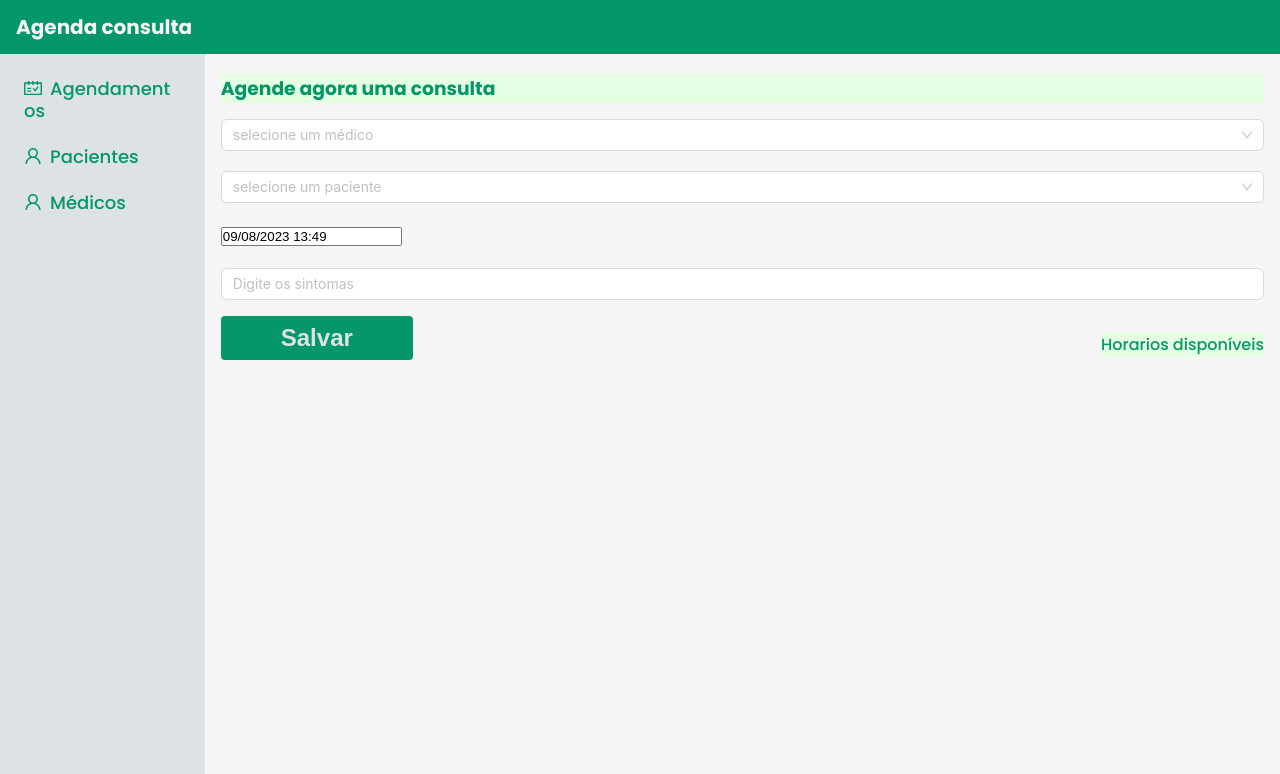
Repository: BarbaraCD/agendaconsulta
Page: /appointments
An editor plug-in stored every save of this project. The page is shown before and after the next save, followed by the edit.
The browser window is 1280 px wide. The pictures show the whole page.
The page's requests for data from a server got no answer. The project was rebuilt for these pictures with package versions that can differ from the ones it lists, and the page was loaded fresh each time. No one was signed in, and anything a server would have sent is missing. Also part of the build but not shown: vite.config.ts, src/styles/StyleList.ts, src/components/Doctors.tsx, src/styles/InputContainer.ts, src/components/InputDoctors.tsx, src/styles/CreateContainer.ts, src/components/CreateDoctor.tsx, src/components/Patients.tsx and 3 more.

Above is the page before, as saved 2023-08-09 14:48:13.

### index.html
<!DOCTYPE html>
<html lang="en">
  <head>
    <meta charset="UTF-8" />
    <link rel="icon" type="image/svg+xml" href="/vite.svg" />
    <meta name="viewport" content="width=device-width, initial-scale=1.0" />

    <link rel="preconnect" href="https://fonts.googleapis.com">
    <link rel="preconnect" href="https://fonts.gstatic.com" crossorigin>
    <link href="https://fonts.googleapis.com/css2?family=Poppins:wght@400;500;700&display=swap" rel="stylesheet">

    <title>Agendamento de Consulta</title>
  </head>
  <body>
    <div id="root"></div>
    <script type="module" src="/src/main.tsx"></script>
  </body>
</html>

### src/main.tsx
import React from 'react'
import ReactDOM from 'react-dom/client'
import { ThemeProvider } from 'styled-components'
import GlobalStyle, { Container, Content } from './styles/global'
import { theme } from './styles/Theme.ts'
import App from './App.tsx'
import { Routes } from './routes/index.tsx'
import { Header } from './components/Header.tsx'
import { Provider } from 'react-redux'
import store from './store/index.ts'

ReactDOM.createRoot(document.getElementById('root')!).render(
  <React.StrictMode>
    <Provider store={store}>
      <ThemeProvider theme={theme}>
        <GlobalStyle />
        <Header />
        <Container>
            <App />
          <Content>
            <Routes />
          </Content>
        </Container>
      </ThemeProvider>
    </Provider>
  </React.StrictMode>
)

### src/styles/global.ts
import styled, { createGlobalStyle } from 'styled-components'

export default createGlobalStyle`
  *{
    margin: 0;
    padding: 0;
    box-sizing: border-box;

  }
  body{
    height: 100%;
    font-family: 'Poppins', sans-serif;
    background: ${(props) => props.theme.colors.white};
    font-size: ${(props) => props.theme.size.xl};
  }
`

export const Container = styled.div`
  display: flex;
`

export const SidebarGlobal = styled.div`
  width: 16%;
`

export const Content = styled.div`
  flex: 1;
  margin: 0 16px;
`;

### src/styles/Theme.ts

export const theme = {
  colors: {
    primary: '#059669',
    head: '#059669B3',
    900: '#6A8D73',
    800: '#AFC5A6',
    700: '#F4FDD9',
    100: '#E4FFE1',

    sbcolor: '#DCE2E6',
    gray: '#41414D',
    black: '#000',
    white: '#f5f5f5',
  },

  size: {
    sm: '14px',
    md: '16px',
    lg: '18px',
    xl: '20px',
    xxl: '24px'
  }
}

### src/App.tsx
import './styles/global'
import { Sidebar } from './components/Sidebar'
import { SidebarGlobal } from './styles/global'

export default function App() {

  return (
    <SidebarGlobal>
      <Sidebar />
    </SidebarGlobal>
  )
}

### src/routes/index.tsx
import { BrowserRouter } from "react-router-dom";

import { AppRoutes } from './app.routes'

export function Routes(){
  return(
    <BrowserRouter>
      <AppRoutes />
    </BrowserRouter>
  )
}

### src/components/Header.tsx
import { styled } from "styled-components"

const Container = styled.div`
  background-color: ${(props) => props.theme.colors.primary};
  padding: 12px 16px;
  flex: 1;
  min-width: 80px;
  color: ${(props) => props.theme.colors.white};
  font-weight: 700;
  a{
    text-decoration: none;
    color: ${(props) => props.theme.colors.white};
    word-break: normal;
  }
`

export function Header(){
  return (
    <Container>
      <a href="/">Agenda consulta</a>
    </Container>
  )
}

### src/store/index.ts
import { configureStore, ThunkAction, Action  } from "@reduxjs/toolkit";
import appointmentReducer  from '../features/appointments/appointmentsSlice'

const store = configureStore({
  reducer: {
    appointment: appointmentReducer,
  }
})

export type RootState = ReturnType<typeof store.getState>
export type AppThunk<ReturnType = void> = ThunkAction<
  ReturnType,
  RootState,
  unknown,
  Action<string>
>;

export default store

### src/components/Sidebar.tsx
import { ScheduleOutlined, UserOutlined } from '@ant-design/icons'
import { StyledSidebar, StyledList } from '../styles/SidebarStyled'

export function Sidebar(){
  return (
    <StyledSidebar>
        <StyledList>
          <li>
            <ScheduleOutlined style={{color:'#059669'}} />
            <a href="/appointments">Agendamentos</a>
          </li>
          <li>
            <UserOutlined style={{color:'#059669'}} />
            <a href="/patients">Pacientes</a>
          </li>
          <li>
            <UserOutlined style={{color:'#059669'}} />
            <a href="/doctors">Médicos</a>
          </li>
        </StyledList>
    </StyledSidebar>
  )
}

### src/routes/app.routes.tsx
import { Routes, Route } from 'react-router-dom'

import { CreateDoctor } from '../components/CreateDoctor'
import { CreatePatient } from '../components/CreatePatient'
import { App } from 'antd'
import { AppointmentsCalendar } from '../components/Calendar'
import { CreateAppointments } from '../components/Appointments'

export function AppRoutes(){
  return(
    <Routes>
      <Route path='/' element={<App />} />
      <Route path='/patients' element={<CreatePatient />} />
      <Route path='/doctors' element={<CreateDoctor />} />
      <Route path='/appointments' element={<CreateAppointments />} />
      <Route path='/appointments/calendar' element={<AppointmentsCalendar />} />

    </Routes>
  )
}

### src/features/appointments/appointmentsSlice.ts
import { createSlice, PayloadAction, CaseReducer } from '@reduxjs/toolkit';
import { AppointmentsProps } from '../../components/Appointments';

interface AppointmentState {
  appointments: AppointmentsProps[];
}

const initialState: AppointmentState = {
  appointments: [],
};

const appointmentSlice = createSlice({
  name: 'appointment',
  initialState,
  reducers: {
    addAppointment: (state, action: PayloadAction<AppointmentsProps>) => {
      state.appointments.push(action.payload);
    },
  },
});

export const { addAppointment } = appointmentSlice.actions;

export type AppointmentAction = ReturnType<CaseReducer<typeof appointmentSlice.reducer>>;

export default appointmentSlice.reducer;

### src/styles/SidebarStyled.ts
import styled from 'styled-components'

export const StyledSidebar = styled.div`
  flex-direction: column;
  height: 100vh;
  background-color: ${(props) => props.theme.colors.sbcolor};
  color: ${(props) => props.theme.colors.black};
  font-size: ${(props) => props.theme.size.lg};
  font-weight: 500;
  justify-content: start;
  text-align: start;
  overflow: auto;
`

export const StyledList = styled.ul`
    flex-direction: column;
    display: flex;
    padding: 12px;
    list-style: none;

  li{
    cursor: pointer;
    padding: 12px;
    line-height: 22px;
  }

  a{
    text-decoration: none;
    color: ${(props) => props.theme.colors.primary};
    margin: 8px;
    word-break: break-all;
  }
`

### src/components/Appointments.tsx
import React, { useEffect, useState } from 'react'

import 'react-datepicker/dist/react-datepicker.css'
import DatePicker from 'react-datepicker'

import { useDispatch } from 'react-redux';
import { addAppointment } from '../features/appointments/appointmentsSlice';

import { getDoctors } from '../services/doctor.services'
import { getPatient } from '../services/patient.services'
import { createAppointment } from '../services/appointment.services'

import { APBody, ApFooter, StyledA, StyledAppointments } from "../styles/Appointments"
import "antd"
import { Input, Select } from 'antd'

import { DoctorsProps } from './Doctors'
import { PatientsProps } from './Patients'
import { SubmitButton } from './SubmitButton'


export type AppointmentsProps = {
  doctorID: number
  patientID: number
  date: string
  symptoms: string
  id: number
}

export const CreateAppointments: React.FC = () => {
  const [doctors, setDoctors] = useState<DoctorsProps[]>([])
  const [selectedDoctor, setSelectedDoctor] = useState<number>(-1);
  const [patients, setPatients] = useState<PatientsProps[]>([])
  const [selectedPatient, setSelectedPatient] = useState<number>(-1);
  const [selectedDate, setSelectedDate] = useState<Date>(new Date());
  const [symptoms, setSymptoms] = useState<string>('')

  const dispatch = useDispatch();

  useEffect(() => {
    fetchInfos().catch((error) => {
      console.error('Error fetching Patients:', error);
    });
  }, []);

  async function fetchInfos() {
    try {
      const responseDoc: DoctorsProps[] = await getDoctors();
      const responsePat: PatientsProps[] = await getPatient();
      setDoctors(responseDoc);
      setPatients(responsePat);
    } catch (error) {
      console.error('Error fetching Infos:', error);
    }
  }

  const handleDoctorSelect = (value: string) => {
    const selectedDoc = doctors.find((doc) => doc.name === value);
    setSelectedDoctor(selectedDoc ? selectedDoc.id : -1);
  };

  const handlePatientSelect = (value: string) => {
    const selectedPat = patients.find((pat) => pat.name === value);
    setSelectedPatient(selectedPat ? selectedPat.id : -1);
  };

  const handleDateChange = (date: Date | null) => {
    if (date) {
      setSelectedDate(date);
    } else {
      setSelectedDate(new Date());
    }
  };

  function isWeekday(date: Date) {
    const day = date.getDay();
    return day !== 0 && day !== 6; // Retorna verdadeiro para os dias de semana (segunda a sexta-feira)
  }

  const handleSymptomsChange = (event: React.ChangeEvent<HTMLInputElement>) => {
    setSymptoms(event.target.value);
  };

  const handleScheduleAppointment = () => {
    if (selectedDoctor === -1 || selectedPatient === -1 || !selectedDate) {
      alert('Por favor, selecione o médico, paciente, data e hora.');
      return;
    }
    try {
      const newAppointment: AppointmentsProps = {
        doctorID: selectedDoctor,
        patientID: selectedPatient,
        date: selectedDate.toISOString(),
        symptoms: symptoms,
        id: 0
      };

      createAppointment(newAppointment)
        .then(() => {
          dispatch(addAppointment(newAppointment));
          console.log('Consulta agendada com sucesso!');
        })
        .catch((error) => {
          console.error('Erro ao agendar consulta:', error);
        });
    } catch (error) {
      console.error('Erro ao agendar consulta:', error);
    }
  };

  return (
    <StyledAppointments>
      <h3>Agende agora uma consulta</h3>
      <APBody>
        <Select placeholder='selecione um médico' onChange={handleDoctorSelect}>
          {doctors.map((doc) => (
            <Select.Option key={doc.id} value={doc.name}>{doc.name}</Select.Option>
          ))}
        </Select>
        <Select placeholder='selecione um paciente' onChange={handlePatientSelect}>
          {patients.map((pat) => (
            <Select.Option key={pat.id} value={pat.name}>{pat.name}</Select.Option>
          ))}
        </Select>
        <DatePicker
          showTimeSelect
          minTime={new Date(0, 0, 0, 8, 0)}
          maxTime={new Date(0, 0, 0, 18, 0)}
          minDate={new Date()}
          selected={selectedDate}
          onChange={handleDateChange}
          dateFormat="dd/MM/yyyy HH:mm"
          filterDate={isWeekday}
        />
        <Input
          placeholder='Digite os sintomas'
          value={symptoms}
          onChange={handleSymptomsChange}
        />
      </APBody>

      <ApFooter>
        <SubmitButton onClick={handleScheduleAppointment} />
        <StyledA href="/appointments/calendar">Horarios disponíveis</StyledA>
      </ApFooter>

    </StyledAppointments>
  )
}

### src/services/doctor.services.ts
import axios from 'axios';
import { DoctorsProps } from '../components/Doctors'
import { api } from './ApiConfig'

export async function getDoctors(): Promise<DoctorsProps[]> {
  try {
    const response = await axios.get('http://localhost:3333/doctor');
    // eslint-disable-next-line @typescript-eslint/no-unsafe-return
    return response.data;
  } catch (error) {
    throw new Error('Erro ao obter dados dos pacientes:');
  }
}

export async function getDoctorById(id: number): Promise<DoctorsProps> {
  try {
    const response = await axios.get(`http://localhost:3333/doctor/${id}`);
    // eslint-disable-next-line @typescript-eslint/no-unsafe-return
    return response.data;
  } catch (error) {
    throw new Error('Erro ao obter dados dos Medicos:');
  }
}


export async function createDoctor(name: string, crm: number, specialization: string){
  return api.post('/doctor', {
    name,
    crm,
    specialization
  })
}

export async function updateDoctor(id: number, data: DoctorsProps){
  try {
    const response = await axios.put(`http://localhost:3333/doctor/${id}`, data);
    // eslint-disable-next-line @typescript-eslint/no-unsafe-return
    return response.data;
  } catch (error) {
    throw new Error('Erro ao obter dados dos pacientes:');
  }
}

export async function deleteDoctor(id: number) {
  return await api.delete(`/doctor/${id}`)
}

### src/components/SubmitButton.tsx
import { styled } from "styled-components"

interface SubmitButtonProps {
  onClick: () => void
}

const StyledButton = styled.button`
  padding: 8px;
  width: 15vw;
  /* margin-left: 964px; */
  border-radius: 4px;
  color: ${(props) => props.theme.colors.sbcolor};
  border: none;
  background-color: ${(props) => props.theme.colors.primary};
  cursor: pointer;
  word-wrap: break-word;
  overflow: hidden;

  &:hover{
    color: ${(props) => props.theme.colors[100]};
  }

  p{
    font-size: ${(props) => props.theme.size.xxl};
    font-weight: 700;
  }
`

export function SubmitButton({ onClick }: SubmitButtonProps) {
  return (
    <StyledButton onClick={onClick}>
      <p>
        Salvar
      </p>
    </StyledButton>
  )
}

### src/services/patient.services.ts
import axios from 'axios';
import { PatientsProps } from '../components/Patients'
import { api } from './ApiConfig'

export async function getPatient(): Promise<PatientsProps[]> {
  try {
    const response = await axios.get('http://localhost:3333/patient');
    // eslint-disable-next-line @typescript-eslint/no-unsafe-return
    return response.data;
  } catch (error) {
    throw new Error('Erro ao obter dados dos pacientes:');
  }
}

export async function getPatientById(id: number): Promise<PatientsProps> {
  try {
    const response = await axios.get(`http://localhost:3333/patient/${id}`);
    // eslint-disable-next-line @typescript-eslint/no-unsafe-return
    return response.data;
  } catch (error) {
    throw new Error('Erro ao obter dados dos pacientes:');
  }
}

export async function createPatient(name: string, age: number, telephone: number, email: string){
  return api.post('/patient', {
    name,
    age,
    telephone,
    email,
  })
}

export async function updatePatient(id: number, data: PatientsProps){
  try {
    const response = await axios.put(`http://localhost:3333/patient/${id}`, data);
    // eslint-disable-next-line @typescript-eslint/no-unsafe-return
    return response.data;
  } catch (error) {
    throw new Error('Erro ao obter dados dos pacientes:');
  }
}

export async function deletePatient(id: number) {
  return await api.delete(`/patient/${id}`)
}

### src/services/appointment.services.ts
import axios from 'axios';
import { AppointmentsProps } from '../components/Appointments'
import { api } from './ApiConfig'

export async function getAppointment(): Promise<AppointmentsProps[]> {
  try {
    const response = await axios.get('http://localhost:3333/appointment');
    // eslint-disable-next-line @typescript-eslint/no-unsafe-return
    return response.data;
  } catch (error) {
    throw new Error('Erro ao obter dados dos agendamentos:');
  }
}

export async function createAppointment(newAppointment: AppointmentsProps){
  return api.post('/appointment', newAppointment)
}

export async function deleteAppointment(id: number) {
  return await api.delete(`/appointment/${id}`)
}

### src/styles/Appointments.ts

import { styled } from "styled-components"

export const StyledAppointments = styled.div`

  color: ${(props) => props.theme.colors.black};
  font-size: ${(props) => props.theme.size.md};
  padding: 20px 0;
  overflow: hidden;
  word-break: break-all;

  h3{
    background-color: ${(props) => props.theme.colors[100]};
    color: ${(props) => props.theme.colors.primary};
    margin-bottom: 10px;
    word-break: break-all;
  }
`

export const APBody = styled.div`
  margin: 16px 0;
  display: flex;
  flex-direction: column;
  gap: 20px;
  word-break: break-all;
`
export const ApFooter = styled.div`
  display: flex;
  align-items: center;
  justify-content: space-between;
  word-break: break-all
`

export const StyledA = styled.a`
  text-decoration: none;
  color: ${(props) => props.theme.colors.primary};
  background-color: ${(props) => props.theme.colors[100]};
  font-weight: 500;
  border-radius: 4px;
  margin-top: 12px;
  word-break: break-all;
`

export const CalendarStyled = styled.div`
  display: block;
`

### src/services/ApiConfig.ts
import axios from "axios";

export const api = axios.create({
  baseURL: 'http://localhost:3333',
})

After the next save:
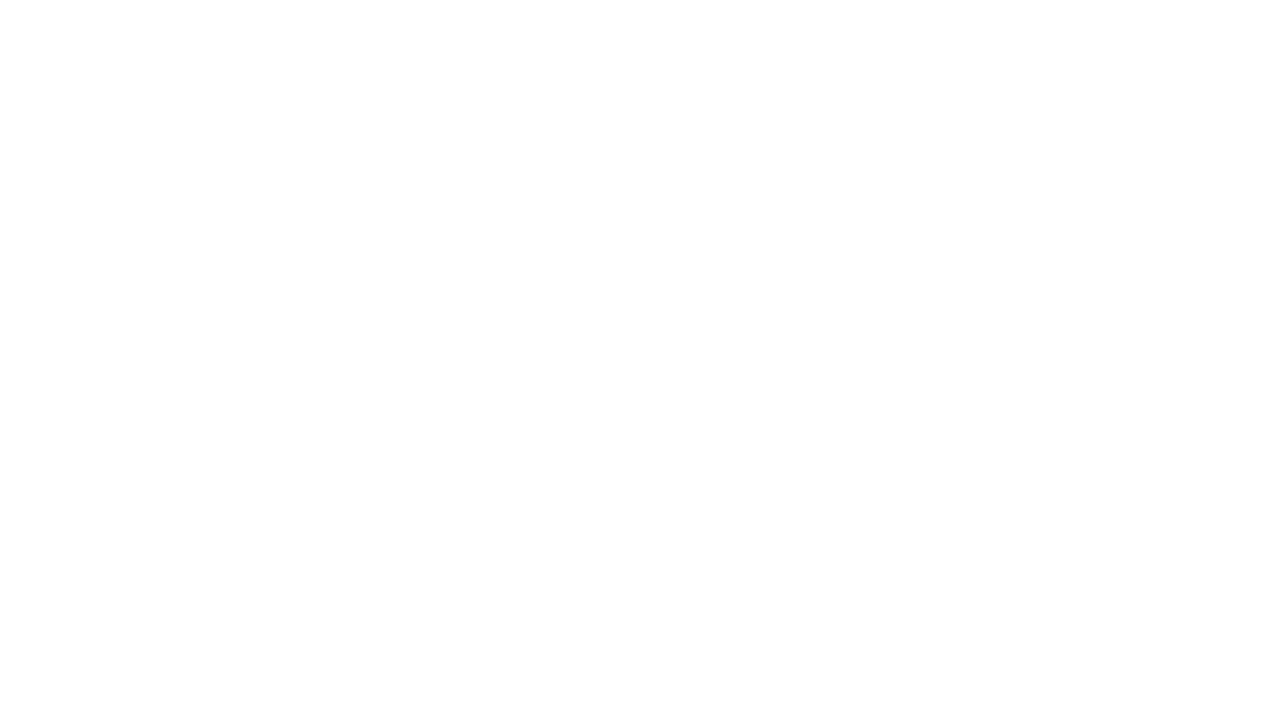
Console error: TypeError: Cannot destructure property 'basename' of 'React229.useContext(...)' as it is null.
Saved 107 s later.
--- a/src/components/Sidebar.tsx
+++ b/src/components/Sidebar.tsx
@@ -1,5 +1,6 @@
 import { ScheduleOutlined, UserOutlined } from '@ant-design/icons'
 import { StyledSidebar, StyledList } from '../styles/SidebarStyled'
+import { Link } from 'react-router-dom'
 
 export function Sidebar(){
   return (
@@ -7,15 +8,15 @@ export function Sidebar(){
         <StyledList>
           <li>
             <ScheduleOutlined style={{color:'#059669'}} />
-            <a href="/appointments">Agendamentos</a>
+            <Link to="/appointments">Agendamentos</Link>
           </li>
           <li>
             <UserOutlined style={{color:'#059669'}} />
-            <a href="/patients">Pacientes</a>
+            <Link to="/patients">Pacientes</Link>
           </li>
           <li>
             <UserOutlined style={{color:'#059669'}} />
-            <a href="/doctors">Médicos</a>
+            <Link to="/doctors">Médicos</Link>
           </li>
         </StyledList>
     </StyledSidebar>

After the 2 saves that followed:
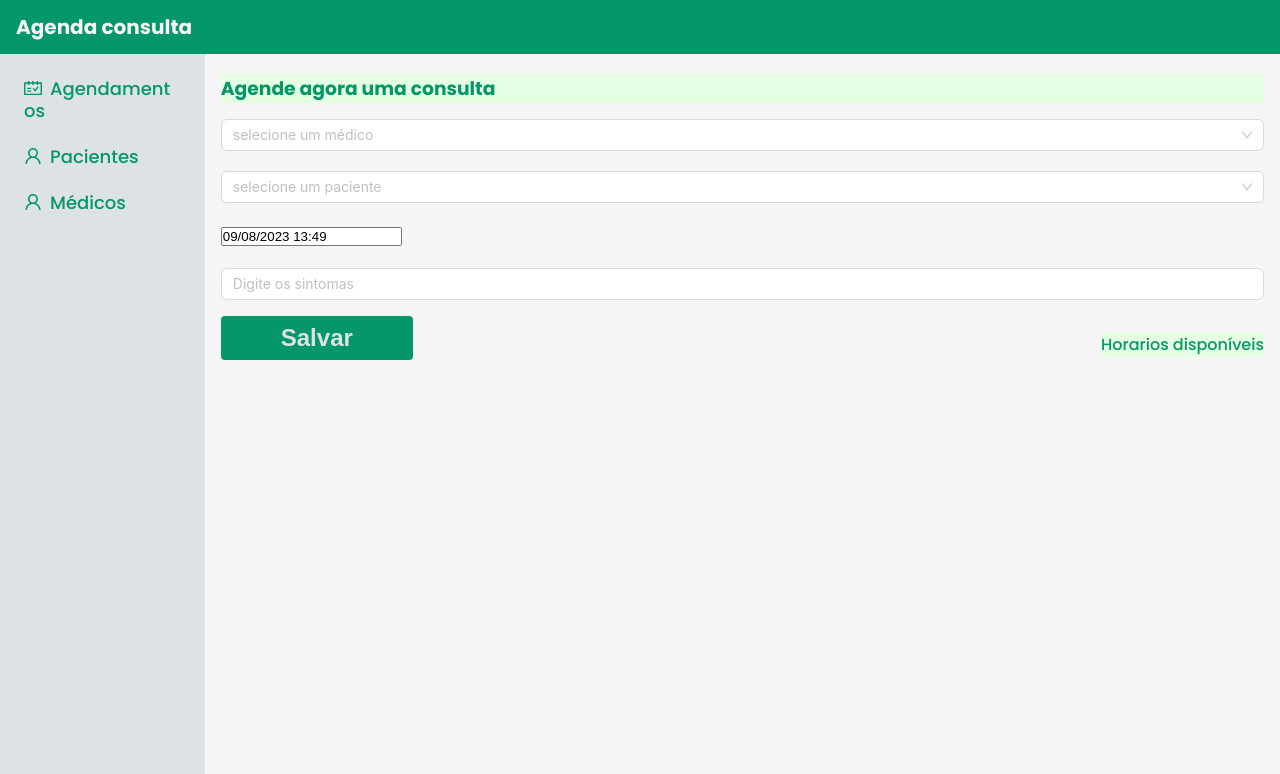
The error is gone.
The 2 saves are shown as one change because 1 left the picture as it was.
The last was saved 2 min 8 s later.
--- a/src/main.tsx
+++ b/src/main.tsx
@@ -8,19 +8,22 @@ import { Routes } from './routes/index.tsx'
 import { Header } from './components/Header.tsx'
 import { Provider } from 'react-redux'
 import store from './store/index.ts'
+import { BrowserRouter } from 'react-router-dom'
 
 ReactDOM.createRoot(document.getElementById('root')!).render(
   <React.StrictMode>
     <Provider store={store}>
       <ThemeProvider theme={theme}>
         <GlobalStyle />
-        <Header />
-        <Container>
-            <App />
-          <Content>
-            <Routes />
-          </Content>
-        </Container>
+        <BrowserRouter>
+          <Header />
+          <Container>
+              <App />
+            <Content>
+              <Routes />
+            </Content>
+          </Container>
+        </BrowserRouter>
       </ThemeProvider>
     </Provider>
   </React.StrictMode>
--- a/src/routes/index.tsx
+++ b/src/routes/index.tsx
@@ -1,11 +1,9 @@
-import { BrowserRouter } from "react-router-dom";
-
 import { AppRoutes } from './app.routes'
 
 export function Routes(){
   return(
-    <BrowserRouter>
+    <>
       <AppRoutes />
-    </BrowserRouter>
+    </>
   )
 }
